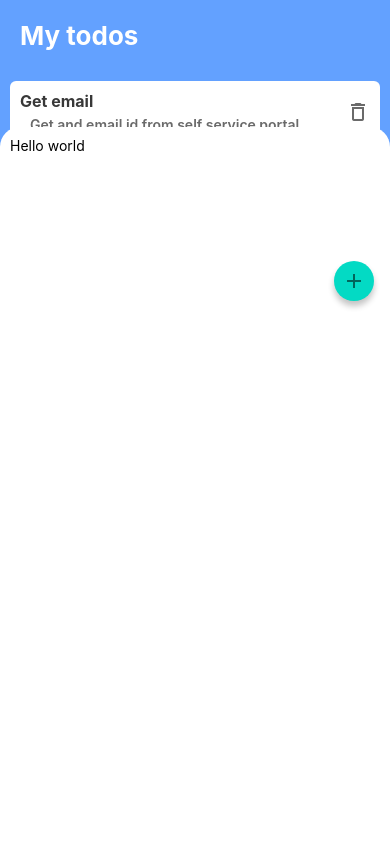
Repository: sadarsh216/Todo-App
Screen: /, after clicking the first element matching `button.css-view-175oi2r`
The author's editor kept a copy of each file at every save. The screen is drawn from the files as they stood at one save, then again after the next save.
The app was drawn by React Native's web renderer in a window 390 px wide. The project was rebuilt for these pictures with package versions that can differ from the ones it lists, and the page was loaded fresh each time.

Above is the screen before, as saved 2021-10-09 14:10:18.

### App.tsx
import { StatusBar } from "expo-status-bar";
import React, { useRef } from "react";
import {
  SafeAreaView,
  ScrollView,
  StyleSheet,
  Text,
  TouchableWithoutFeedback,
  View,
  Animated,
  Easing,
} from "react-native";
import Todos from "./Pages/Todos";
import { FAB } from "react-native-paper";
import Modal from "./components/Modal";
import * as Animatable from "react-native-animatable";

export default function App() {
  const [showAdd, setAdd] = React.useState(false);

  return (
    <>
      <SafeAreaView>
        <View style={styles.container}>
          <ScrollView>
            <Text style={styles.heading}>My todos</Text>
            <Todos />
          </ScrollView>
          {showAdd && (
            <Animatable.View style={styles.modal} animation="fadeInUpBig">
              <TouchableWithoutFeedback onPress={() => alert("")}>
                <Modal />
              </TouchableWithoutFeedback>
            </Animatable.View>
          )}
        </View>
        <FAB
          style={styles.fab}
          small
          icon="plus"
          onPress={() => setAdd(!showAdd)}
        />
      </SafeAreaView>
    </>
  );
}

const styles = StyleSheet.create({
  container: {
    height: "100%",
    backgroundColor: "#63a1ff",
  },
  heading: {
    color: "white",
    fontSize: 26,
    fontWeight: "bold",
    margin: 20,
  },
  fab: {
    color: "#fff",
    position: "absolute",
    margin: 16,
    right: 0,
    bottom: 0,
  },
  modal: {
    position: "absolute",
    bottom: 0,
    height: "60%",
    width: "100%",
    display: "flex",
    backgroundColor: "white",
    borderTopRightRadius: 20,
    borderTopLeftRadius: 20,
    elevation: 4,
    padding: 10,
    // backgroundColor: "rgba(0,0,0,0.4)",
  },
});

### Pages/Todos.tsx
import React from "react";
import { View, Text, StyleSheet, TouchableOpacity } from "react-native";
import { MaterialCommunityIcons } from "@expo/vector-icons";

export default function Todos() {
  const [todos, setTodos] = React.useState([
    {
      title: "Get email",
      description: "Get and email id from self service portal",
      id: 0,
    },
    { title: "Test 1", description: "this is a test data for test 1", id: 1 },
    { title: "Test 2", description: "this is a test data for test 2 ", id: 2 },
  ]);
  const deleteTodo = () => {
    alert("deleted");
  };
  return (
    <>
      {todos.map((item, key) => (
        <View key={item.id} style={styles.card}>
          <View style={styles.details}>
            <Text style={styles.title}>{item.title}</Text>
            <Text style={styles.desc}>{item.description}</Text>
          </View>
          <View style={styles.deleteSection}>
            <TouchableOpacity onPress={deleteTodo}>
              <MaterialCommunityIcons
                name="delete-outline"
                size={24}
                color="#6a6a6a"
              />
            </TouchableOpacity>
          </View>
        </View>
      ))}
    </>
  );
}

const styles = StyleSheet.create({
  card: {
    display: "flex",
    flexDirection: "row",
    backgroundColor: "#fff",
    margin: 10,
    borderRadius: 6,
    elevation: 4,
    padding: 10,
  },
  title: {
    fontSize: 16,
    marginBottom: 5,
    fontWeight: "bold",
    color: "#383838",
  },
  desc: {
    paddingHorizontal: 10,
    fontWeight: "600",
    color: "#6a6a6a",
  },
  details: {
    flex: 2,
  },
  deleteSection: {
    justifyContent: "center",
  },
});

### components/Modal.tsx
import React from 'react'
import { View, Text } from 'react-native'

export default function Modal() {
    return (
        <View>
            <Text>Hello world</Text>
        </View>
    )
}

After the next save:
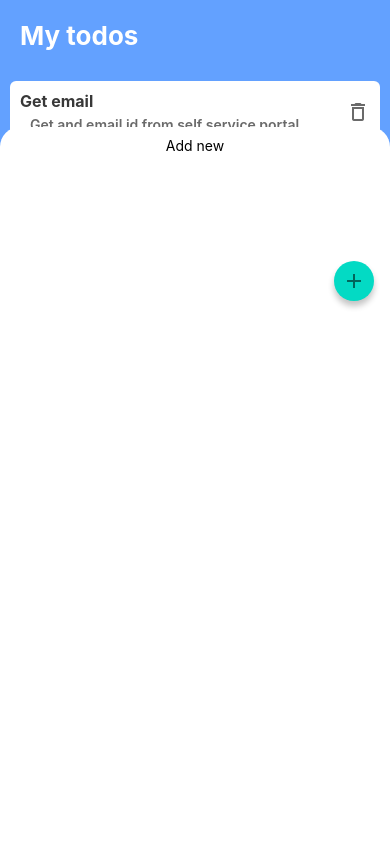
Saved 45 s later.
--- a/components/Modal.tsx
+++ b/components/Modal.tsx
@@ -4,7 +4,7 @@ import { View, Text } from 'react-native'
 export default function Modal() {
     return (
         <View>
-            <Text>Hello world</Text>
+            <Text style={{textAlign:"center"}}>Add new</Text>
         </View>
     )
 }
